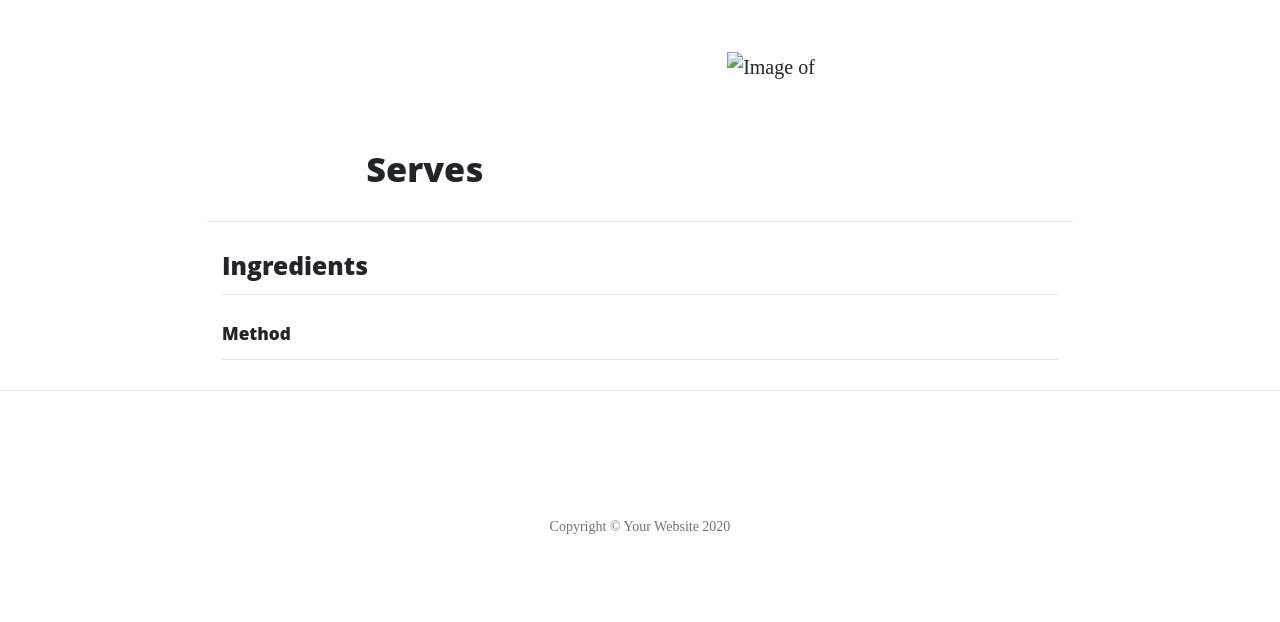
Repository: saffiya/cookbook
Page: templates/recipe.html
The author's editor kept a record of every edit. The page is drawn from the files as they stood at one moment, then again after the next edit.
The browser window is 1280 px wide. The pictures show the part of the page from y = 674 to 1304 px (the page is 1296 px tall before and 1304 px after).
The page is served by the project's application, run on Flask 3 (app.py). The template is opened directly, without the code that normally fills it, so the values that code supplies are empty.

Above is the page before.

After the next edit:
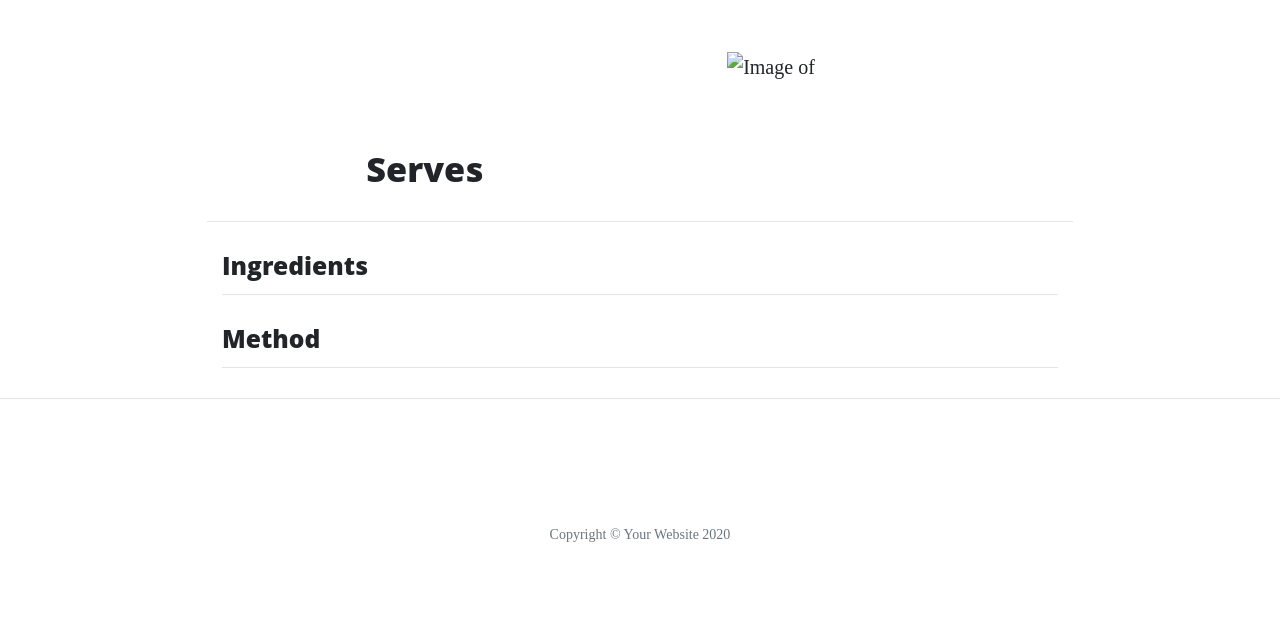
The edit:
--- a/templates/recipe.html
+++ b/templates/recipe.html
@@ -21,7 +21,7 @@
     <h5>Ingredients</h5>
     <hr>
     <p>{{ recipe.ingredients }}</p>
-    <h6>Method</h6>
+    <h5>Method</h5>
     <hr>
     <p>{{ recipe.method_one }}</p>
     <p>{{ recipe.method_two }}</p>
